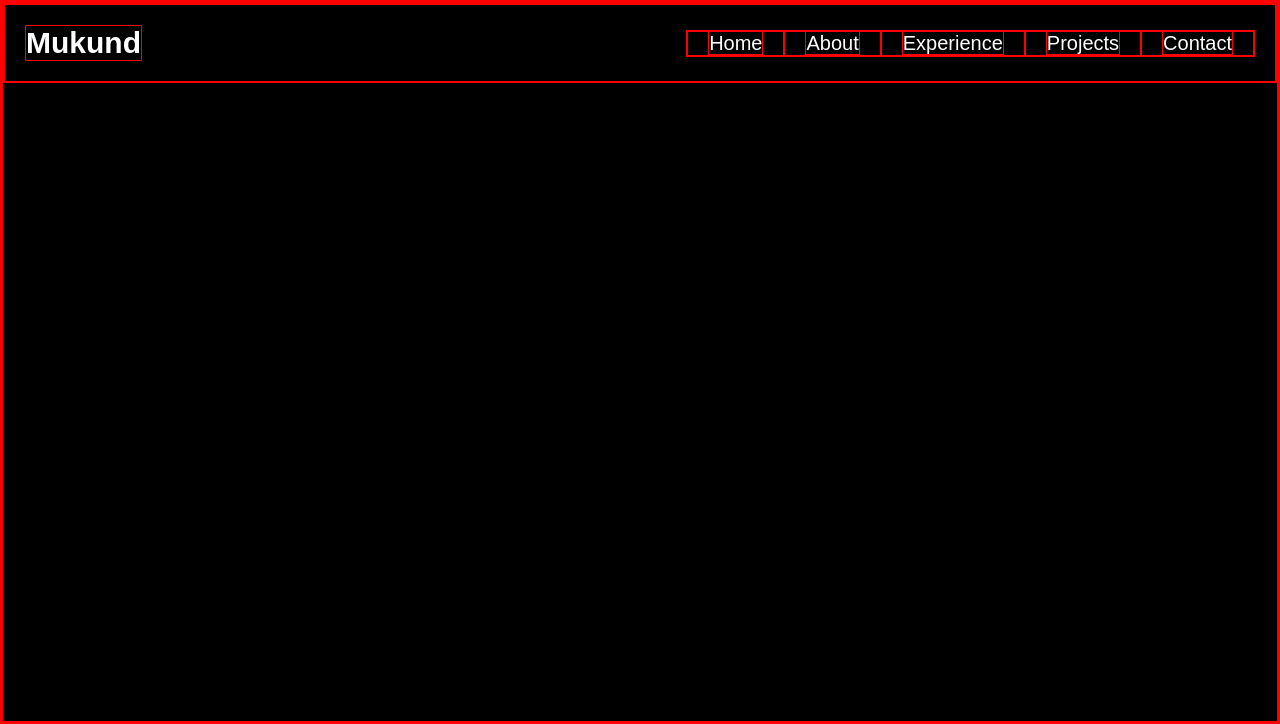
Repository: mukundgangurde/expense-tracker
Page: index.html
These files come from the project's save history. The page is drawn as it stood at one moment and after the next save; the edit follows.
The browser window is 1280 px wide. The pictures show the whole page.

Above is the page before, as saved 2025-11-02 17:41:15.

After the next save:
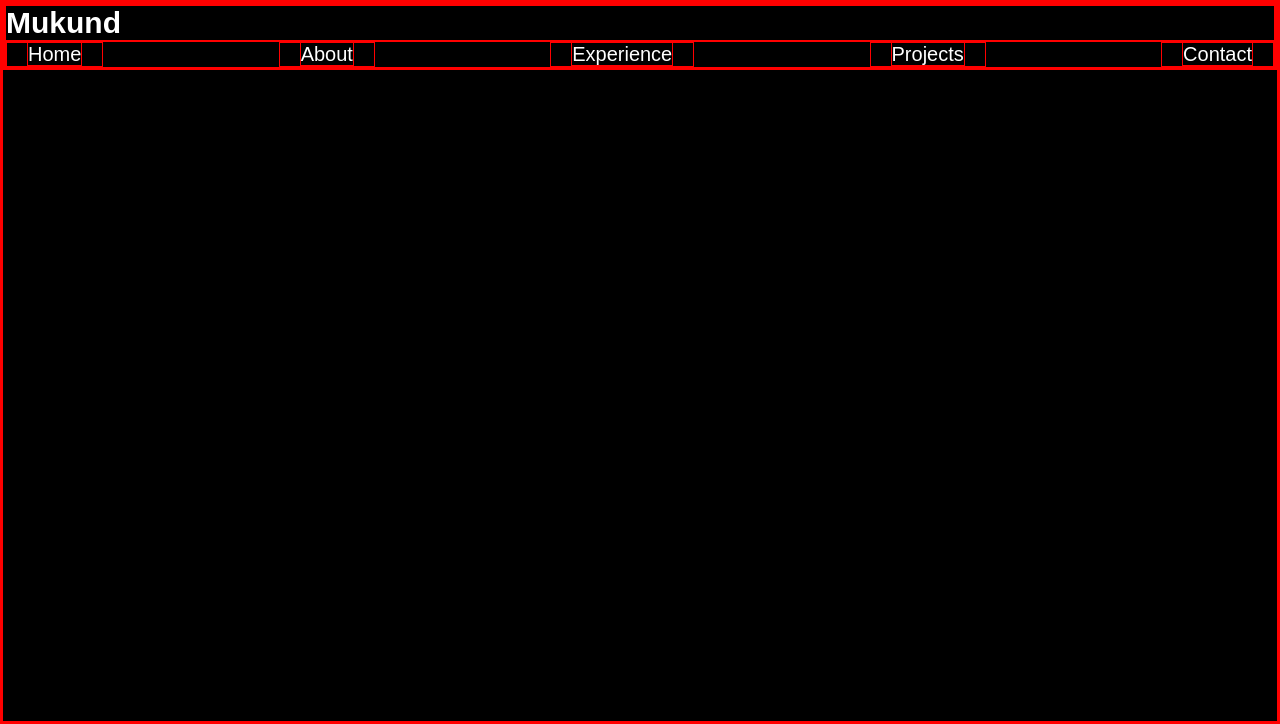
Saved 30 s later.
--- a/style.css
+++ b/style.css
@@ -21,6 +21,8 @@
   /* background-position: center; */
 }
 
+h1
+
 nav {
   display: flex;
   justify-content: space-between;

After the 2 saves that followed:
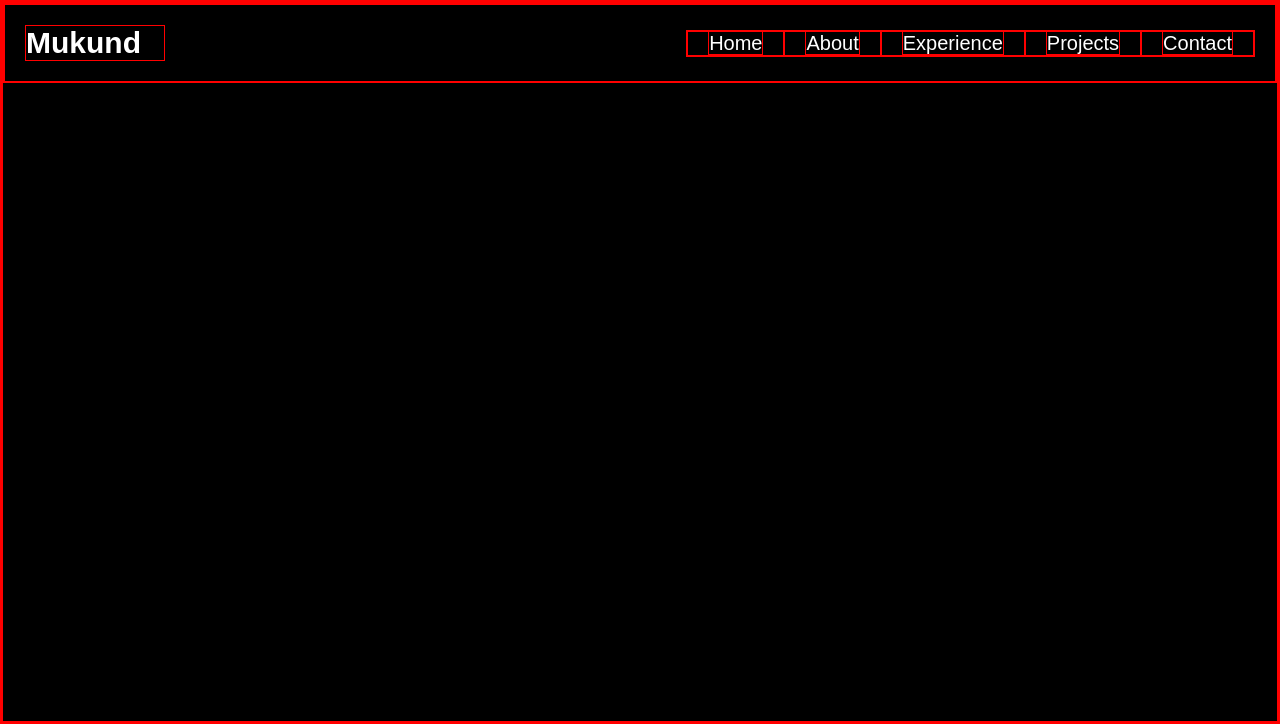
The 2 saves are shown as one change because 1 left the picture as it was.
The last was saved 22 s later.
--- a/index.html
+++ b/index.html
@@ -10,7 +10,7 @@
   <div id="header">
     <div id="container">
       <nav>
-        <h1>Mukund</h1>
+        <h1 id="logo">Mukund</h1>
         <ul>
           <li><a href="#">Home</a></li>
           <li><a href="#">About</a></li>
--- a/style.css
+++ b/style.css
@@ -21,7 +21,9 @@
   /* background-position: center; */
 }
 
-h1
+#logo {
+  width: 140px;
+}
 
 nav {
   display: flex;
